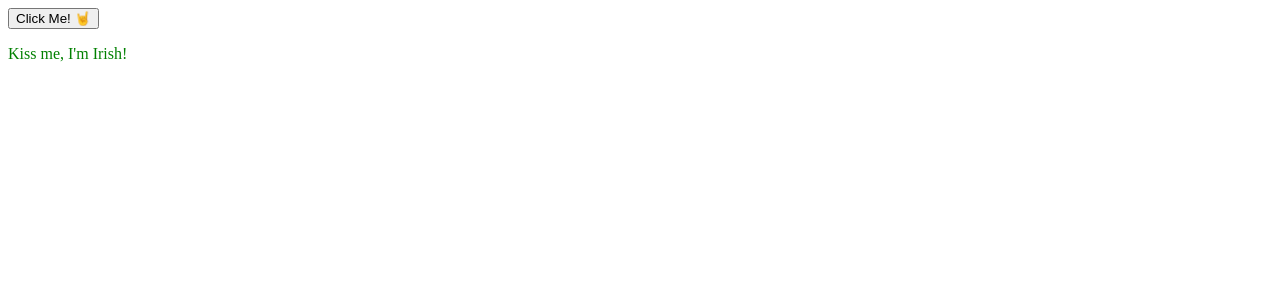
Repository: linas-dev/HTML-CSS-Projects
Page: Basic_HTML_and_JavaScript_1/Basic_HTML_2.html
An editor plug-in stored every save of this project. The page is shown before and after the next save, followed by the edit.
The browser window is 1280 px wide. The pictures show the whole page.
After loading, the first visible `button` was clicked once.

Above is the page before, as saved 2021-05-26 20:30:37.

### Basic_HTML_and_JavaScript_1/Basic_HTML_2.html
<!DOCTYPE html>
<html lang="en">
<head>
    <meta charset="UTF-8">
    <meta http-equiv="X-UA-Compatible" content="IE=edge">
    <meta name="viewport" content="width=device-width, initial-scale=1.0">
    <title>Document</title>
</head>
<body>
    <button onclick="My_First_Function()">
        Click Me! 🤘
    </button>
    <p id="Irish"></p>
    <script>
        function My_First_Function(){
            var String = "Kiss me, I'm Irish!";
            var result = String.fontcolor("green");
            document.getElementById("Irish").innerHTML = result;
        }
    </script>
</body>
</html>

After the next save:
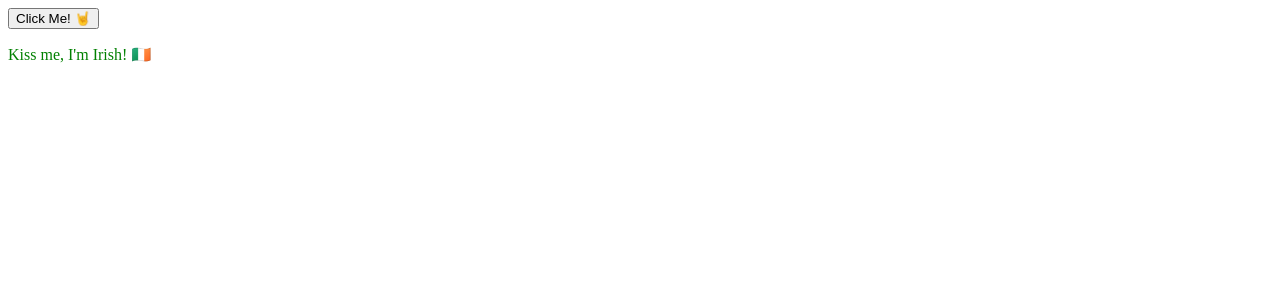
Saved 25 s later.
--- a/Basic_HTML_and_JavaScript_1/Basic_HTML_2.html
+++ b/Basic_HTML_and_JavaScript_1/Basic_HTML_2.html
@@ -13,7 +13,7 @@
     <p id="Irish"></p>
     <script>
         function My_First_Function(){
-            var String = "Kiss me, I'm Irish!";
+            var String = "Kiss me, I'm Irish! 🇮🇪";
             var result = String.fontcolor("green");
             document.getElementById("Irish").innerHTML = result;
         }

After the save that followed:
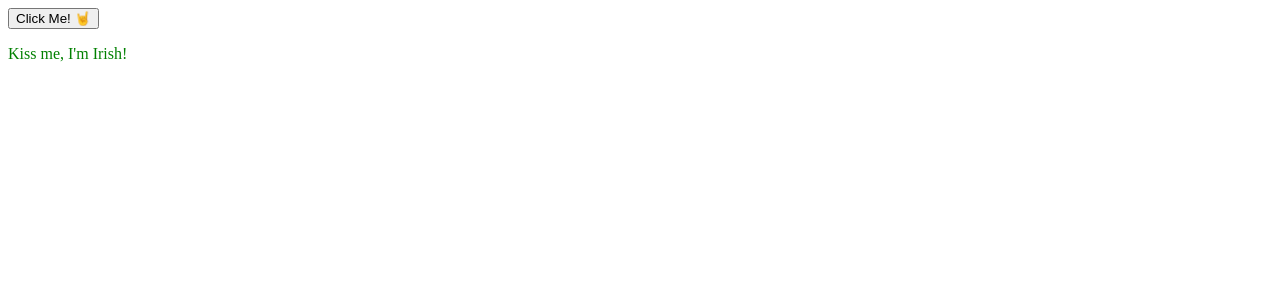
Saved 6 s later.
--- a/Basic_HTML_and_JavaScript_1/Basic_HTML_2.html
+++ b/Basic_HTML_and_JavaScript_1/Basic_HTML_2.html
@@ -13,7 +13,7 @@
     <p id="Irish"></p>
     <script>
         function My_First_Function(){
-            var String = "Kiss me, I'm Irish! 🇮🇪";
+            var String = "Kiss me, I'm Irish!";
             var result = String.fontcolor("green");
             document.getElementById("Irish").innerHTML = result;
         }
